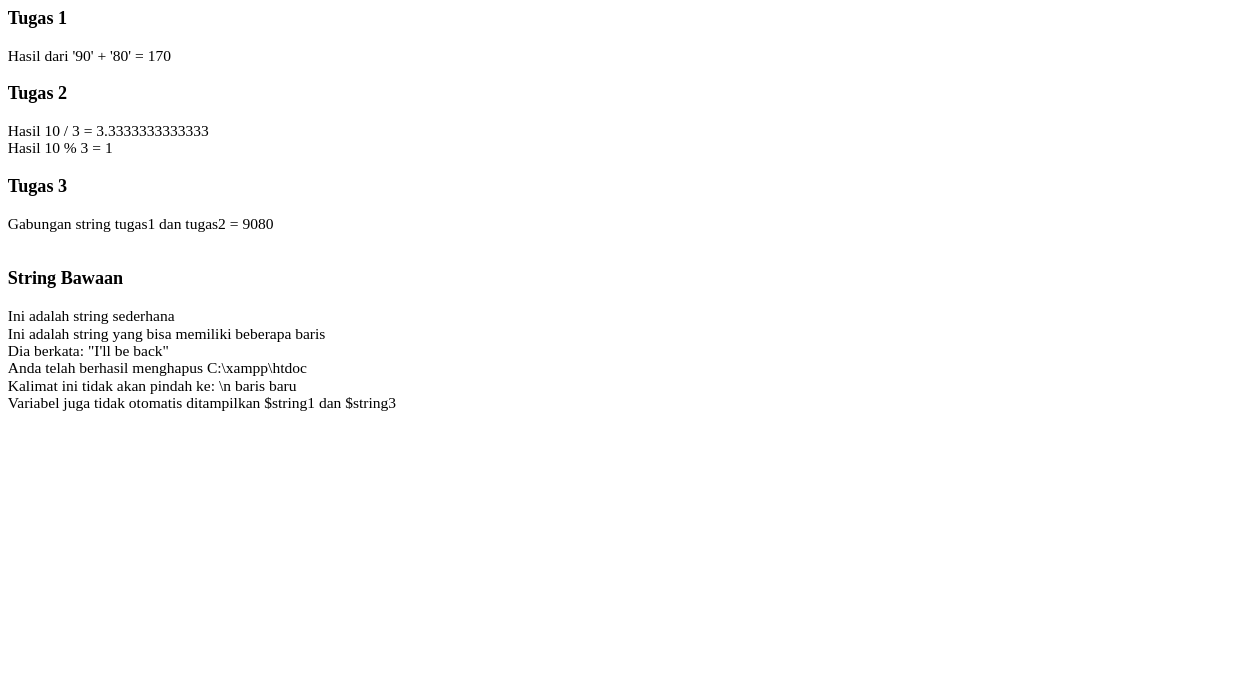
Repository: Bearli-py/latihan_PHP
Page: http://localhost/tugas_php.php
The author's editor kept a copy of each file at every save. The page is drawn from the files as they stood at one save, then again after the next save.
The browser window is 1280 px wide. The pictures show the whole page, at 97% of full size.
The page is run by PHP 8.4 with error messages shown; the project is at /var/www/html/.

Above is the page before, as saved 2025-09-23 14:41:35.

After the next save:
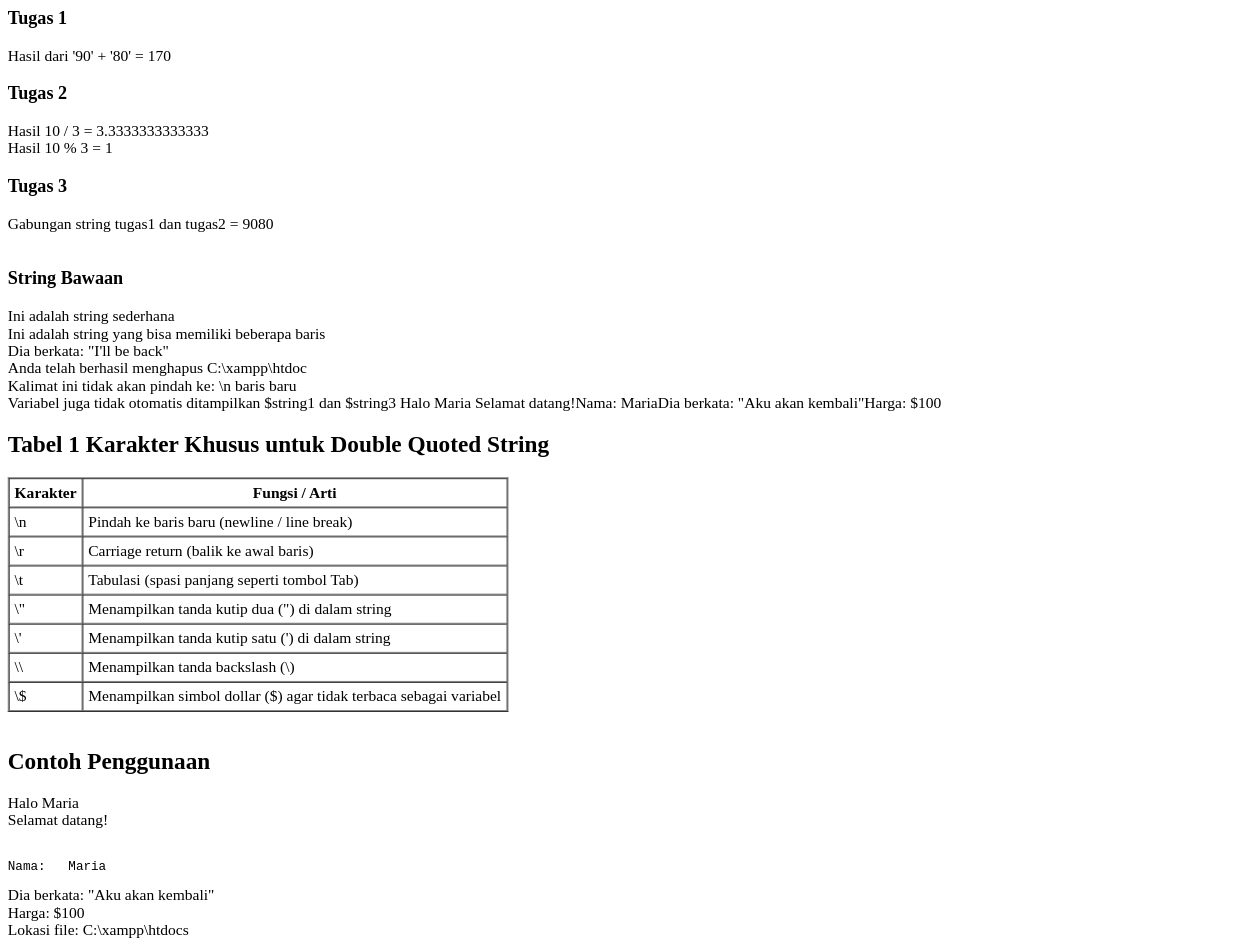
Saved 4 min 52 s later.
--- a/tugas_php.php
+++ b/tugas_php.php
@@ -45,3 +45,55 @@ echo $string4; echo "<br>";
 echo $string5; echo "<br>";
 echo $string6;
 ?>
+
+<?php
+// --- Contoh Penggunaan ---
+$nama = "Maria";
+
+// contoh \n (pindah baris)
+echo "Halo $nama\nSelamat datang!";
+
+// contoh \t (tabulasi)
+echo "Nama:\t$nama";
+
+// contoh \" (tanda kutip dua di dalam string)
+echo "Dia berkata: \"Aku akan kembali\"";
+
+// contoh \$ (tanda dollar bukan variabel)
+echo "Harga: \$100";
+?>
+
+
+<?php
+echo "<h2>Tabel 1 Karakter Khusus untuk Double Quoted String</h2>";
+
+echo "<table border='1' cellpadding='5' cellspacing='0'>";
+echo "<tr><th>Karakter</th><th>Fungsi / Arti</th></tr>";
+echo "<tr><td>\\n</td><td>Pindah ke baris baru (newline / line break)</td></tr>";
+echo "<tr><td>\\r</td><td>Carriage return (balik ke awal baris)</td></tr>";
+echo "<tr><td>\\t</td><td>Tabulasi (spasi panjang seperti tombol Tab)</td></tr>";
+echo "<tr><td>\\\"</td><td>Menampilkan tanda kutip dua (\") di dalam string</td></tr>";
+echo "<tr><td>\\'</td><td>Menampilkan tanda kutip satu (') di dalam string</td></tr>";
+echo "<tr><td>\\\\</td><td>Menampilkan tanda backslash (\\)</td></tr>";
+echo "<tr><td>\\$</td><td>Menampilkan simbol dollar (\$) agar tidak terbaca sebagai variabel</td></tr>";
+echo "</table>";
+
+echo "<br><h2>Contoh Penggunaan</h2>";
+
+$nama = "Maria";
+
+// contoh \n (newline)
+echo nl2br("Halo $nama\nSelamat datang!\n\n");
+
+// contoh \t (tabulasi) → pakai <pre> biar spasi keliatan
+echo "<pre>Nama:\t$nama</pre>";
+
+// contoh \" (kutip dua di dalam string)
+echo "Dia berkata: \"Aku akan kembali\"<br>";
+
+// contoh \$ (simbol dollar bukan variabel)
+echo "Harga: \$100<br>";
+
+// contoh \\ (backslash)
+echo "Lokasi file: C:\\xampp\\htdocs<br>";
+?>
